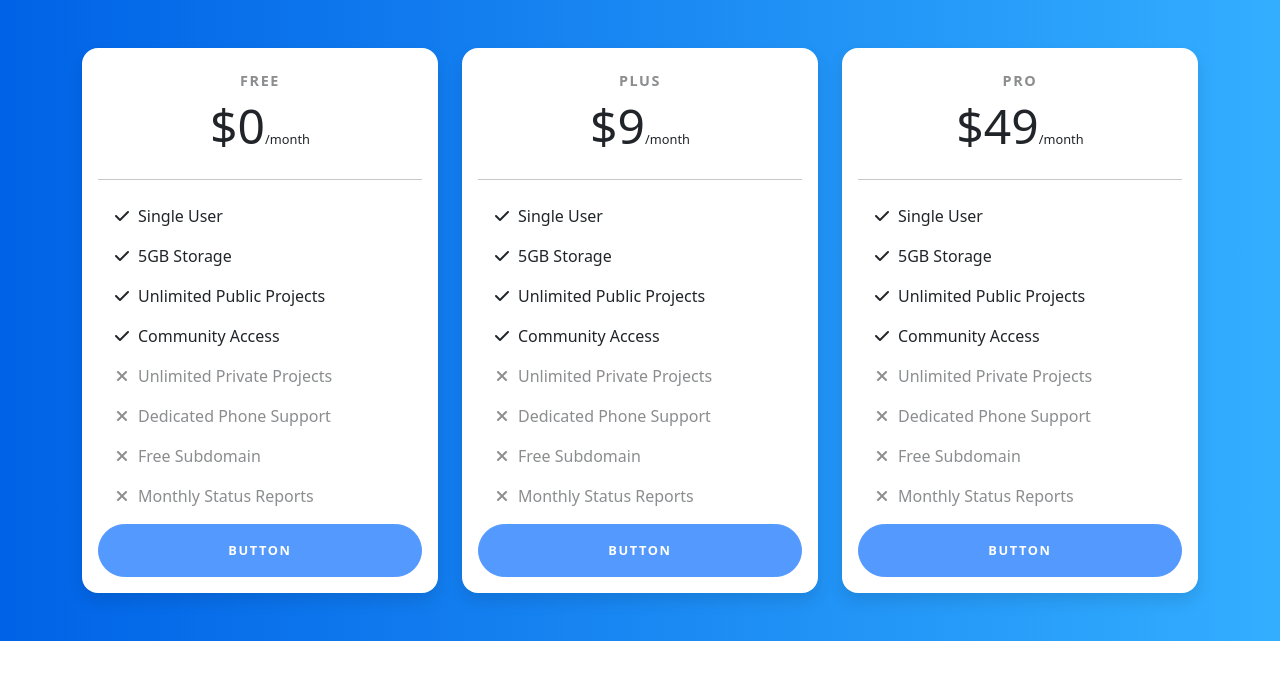
Repository: muzthy8/price-card
Page: /
These files come from the project's save history. The page is drawn as it stood at one moment and after the next save; the edit follows.
The browser window is 1280 px wide. The pictures show the whole page.
Some web libraries are served in a nearby version. The project was rebuilt for these pictures with package versions that can differ from the ones it lists, and the page was loaded fresh each time.

Above is the page before, as saved 2023-06-23 11:15:53.

After the next save:
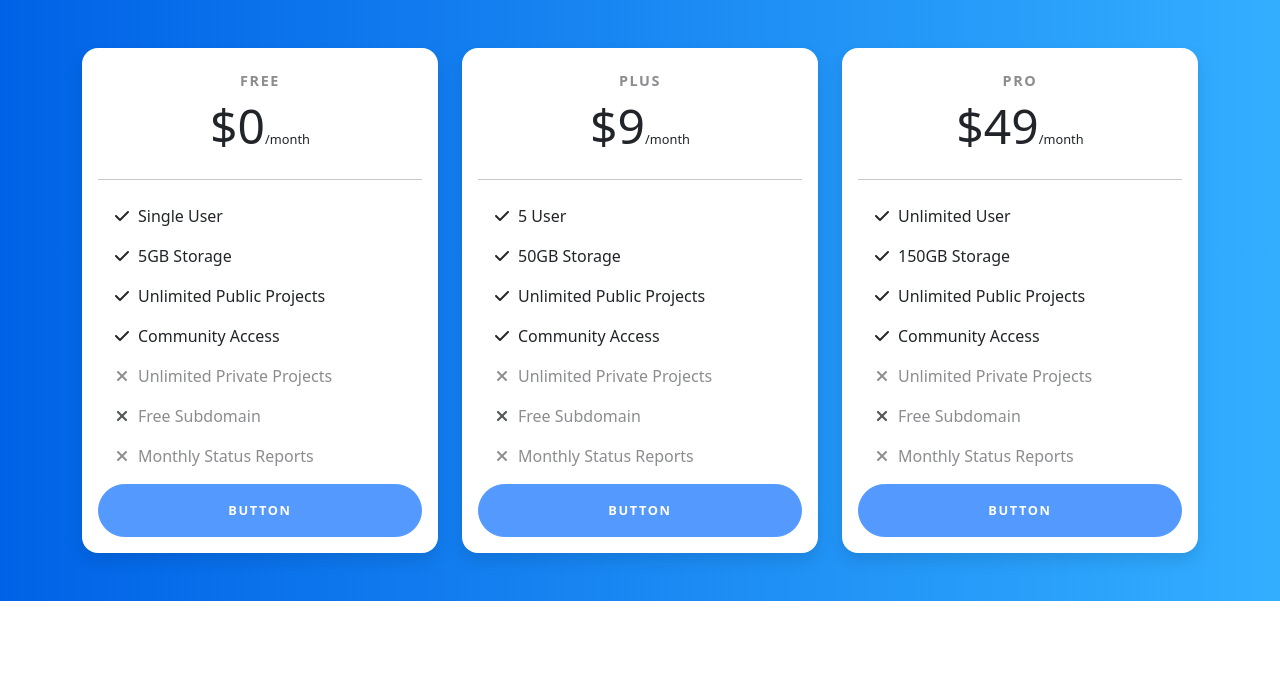
Saved 17 min 58 s later.
--- a/src/card.js
+++ b/src/card.js
@@ -11,16 +11,15 @@ function card({data}) {
             <h6 className="card-price text-center">${data.price}<span className="period">/month</span></h6>
             <hr/>
             <ul className="fa-ul">
-              <li><span className="fa-li"><i className="fas fa-check"></i></span>Single User</li>
-              <li><span className="fa-li"><i className="fas fa-check"></i></span>5GB Storage</li>
-              <li><span className="fa-li"><i className="fas fa-check"></i></span>Unlimited Public Projects</li>
-              <li><span className="fa-li"><i className="fas fa-check"></i></span>Community Access</li>
-              <li className="text-muted"><span className="fa-li"><i className="fas fa-times"></i></span>Unlimited
-                Private Projects</li>
-              <li className="text-muted"><span className="fa-li"><i className="fas fa-times"></i></span>Dedicated Phone Support</li>
-              <li className="text-muted"><span className="fa-li"><i className="fas fa-times"></i></span>Free Subdomain
+              <li><span className="fa-li"><i className="fas fa-check"></i></span>{data.users}</li>
+              <li><span className="fa-li"><i className="fas fa-check"></i></span>{data.storage}</li>
+              <li><span className="fa-li"><i className="fas fa-check"></i></span>{data.publicProjects}</li>
+              <li><span className="fa-li"><i className="fas fa-check"></i></span>{data.communityAccess}</li>
+              <li className="text-muted"><span className="fa-li"><i className="fas fa-times"></i></span>{data.privateProjects}</li>
+              <li className="text-muted"><span className="fa-li"><i className="fas fa-times"></i></span>{data.phoneSupport}</li>
+              <li className="text-muted"><span className="fa-li"><i className="fas fa-times"></i></span>{data.subDomain}
               </li>
-              <li className="text-muted"><span className="fa-li"><i className="fas fa-times"></i></span>Monthly Status Reports</li>
+              <li className="text-muted"><span className="fa-li"><i className="fas fa-times"></i></span>{data.reports}</li>
             </ul>
             <div className="d-grid">
               <a href="javascript(void)" className="btn btn-primary text-uppercase">Button</a>
